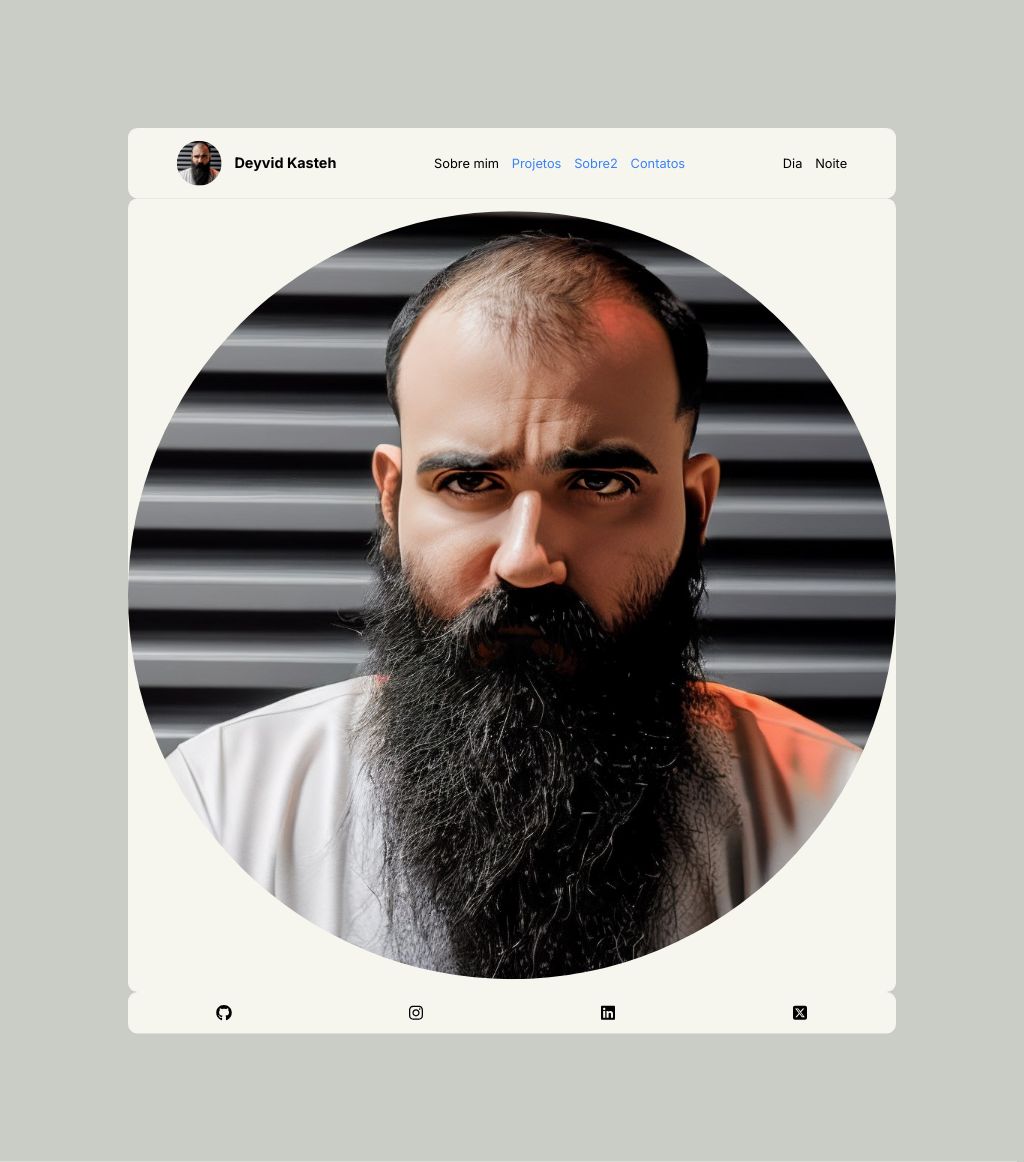
Repository: Deyvid-Kasteh/kasteh_portfolio
Page: /
The author's editor kept a copy of each file at every save. The page is drawn from the files as they stood at one save, then again after a run of saves.
The browser window is 1280 px wide. The pictures show the whole page, at 80% of full size.
The project was rebuilt for these pictures with package versions that can differ from the ones it lists, and the page was loaded fresh each time. The framework's server and built-in components were replaced by stand-ins that run in the browser. Also part of the build but not shown: next.config.mjs.

Above is the page before, as saved 2024-03-25 21:43:54.

### src/app/layout.tsx
import type { Metadata } from "next";
import { Inter } from "next/font/google";
import "./globals.css";

const inter = Inter({ subsets: ["latin"] });

export const metadata: Metadata = {
  title: "Create Next App",
  description: "Generated by create next app",
};

export default function RootLayout({
  children,
}: Readonly<{
  children: React.ReactNode;
}>) {
  return (
    <html lang="pt-br">
      <body
        className={`bg-customGrayBG ${inter.className} p-4 sm:p-6 md:p-8 lg:p-10 xl:p-40`}
      >
        {children}
      </body>
    </html>
  );
}

### src/app/page.tsx
import Footer from "./components/footer";
import Header from "./components/header";
import Main from "./components/main";

export default function Home() {
  return (
    <>
      <Header />
      <Main />
      <Footer/>
    </>
  );
}

### src/app/globals.css
@tailwind base;
@tailwind components;
@tailwind utilities;

:root {
  --foreground-rgb: 0, 0, 0;
  --background-start-rgb: 214, 219, 220;
  --background-end-rgb: 0, 0, 0;
}

/* @media (prefers-color-scheme: dark) {
  :root {
    --foreground-rgb: 255, 255, 255;
    --background-start-rgb: 0, 0, 0;
    --background-end-rgb: 0, 0, 0;
  }
} */

body {
  color: "#25282B"
  /* background: linear-gradient(
      to bottom,
      transparent,
      rgb(var(--background-end-rgb))
    )
    rgb(var(--background-start-rgb)); */
}



@layer utilities {
  .text-balance {
    text-wrap: balance;
  }
}

### src/app/components/footer.tsx
import React from "react";
import {
  FaGithub,
  FaInstagram,
  FaLinkedin
} from "react-icons/fa";
import { FaSquareXTwitter } from "react-icons/fa6";

const Footer: React.FC = () => {
  return (
    <main className="bg-customGrayComponents flex justify-around items-center py-4 rounded-xl text-[20px]">
      <FaGithub />
      <FaInstagram />
      <FaLinkedin />
      <FaSquareXTwitter />
    </main>
  );
};

export default Footer;

### src/app/components/header.tsx
import React from "react";
import logo from "../../../public/deyvidKaseth.jpg";
import Image from "next/image";

const Header: React.FC = () => {
  return (
    <header className="bg-customGrayComponents flex justify-around items-center py-4 rounded-xl">
      <div className="flex items-center space-x-4">
        <Image src={logo} alt="Logo" className="rounded-full w-14 h-14" />
        <h1 className="text-lg font-bold">Deyvid Kasteh</h1>
      </div>
      <nav>
        <ul className="flex space-x-4">
          <li>
            <a href="#">Sobre mim</a>
          </li>
          <li>
            <a href="#" className="text-blue-500 hover:text-blue-700">
              Projetos
            </a>
          </li>
          <li>
            <a
              href="#"
              className="text-blue-500 hover:text-blue-700 hover:bg-blue-500"
            >
              Sobre2
            </a>
          </li>
          <li>
            <a href="#" className="text-blue-500 hover:text-blue-700">
              Contatos
            </a>
          </li>
        </ul>
      </nav>
      <div className="flex space-x-4">
        <p>Dia</p>
        <p>Noite</p>
      </div>
    </header>
  );
};

export default Header;

### src/app/components/main.tsx
import React from 'react'
import MinhaFoto from './common/fotoDeyvidKasteh';

const Main: React.FC = () => {
  return (
    <main className="bg-customGrayComponents flex justify-around items-center py-4 rounded-xl">
      <MinhaFoto height={1000} width={1000}/>

    </main>
  );
}

export default Main

### src/app/components/common/fotoDeyvidKasteh.tsx
import React from "react"
import minhafoto from "../../../../public/deyvidKaseth.jpg"
import Image from "next/image"


interface ImageProps {
  width: number;
  height: number;
}


const MinhaFoto: React.FC<ImageProps> = ({ width, height }) => {
  return (
    <Image
      src={minhafoto}
      alt="Foto de Deyvid Kasteh"
      width={width}
      height={height}
      className="rounded-full"
    />
  );
};

export default MinhaFoto

### tailwind.config.ts
import type { Config } from "tailwindcss";

const config: Config = {
  content: [
    "./src/pages/**/*.{js,ts,jsx,tsx,mdx}",
    "./src/components/**/*.{js,ts,jsx,tsx,mdx}",
    "./src/app/**/*.{js,ts,jsx,tsx,mdx}",
  ],
  theme: {
    extend: {
      backgroundImage: {
        "gradient-radial": "radial-gradient(var(--tw-gradient-stops))",
        "gradient-conic":
          "conic-gradient(from 180deg at 50% 50%, var(--tw-gradient-stops))",
      },
      colors: {
        customGrayBG: "#CACCC6", // Definindo o background color
        customGrayComponents: "#F6F6EF",
      },
    },
  },
  plugins: [],
};
export default config;

After the next 2 saves:
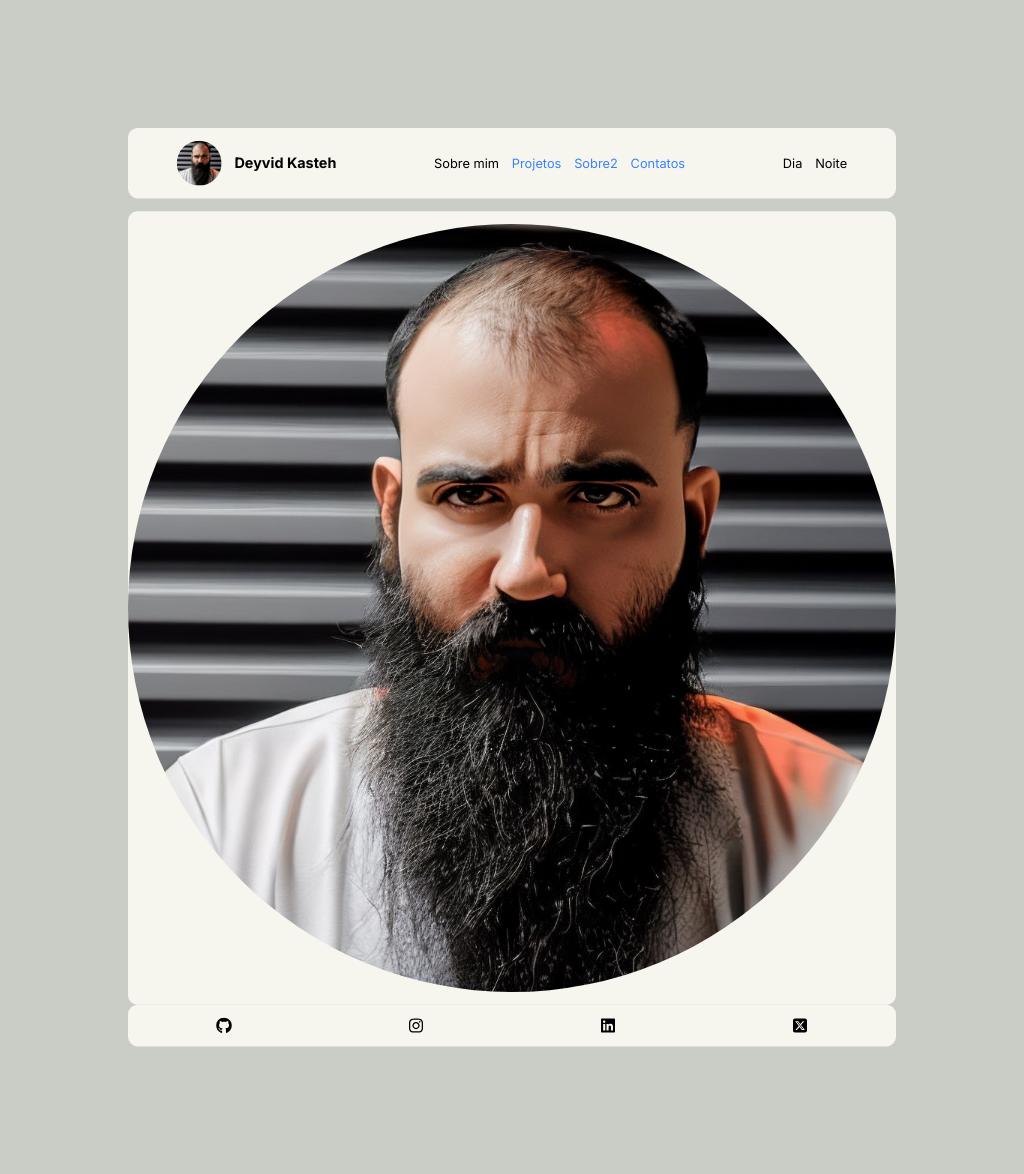
The 2 saves are shown as one change because they came seconds apart.
The last was saved 50 s later.
--- a/src/app/components/header.tsx
+++ b/src/app/components/header.tsx
@@ -4,7 +4,7 @@ import Image from "next/image";
 
 const Header: React.FC = () => {
   return (
-    <header className="bg-customGrayComponents flex justify-around items-center py-4 rounded-xl">
+    <header className="bg-customGrayComponents flex justify-around items-center py-4 rounded-xl mb-4">
       <div className="flex items-center space-x-4">
         <Image src={logo} alt="Logo" className="rounded-full w-14 h-14" />
         <h1 className="text-lg font-bold">Deyvid Kasteh</h1>
